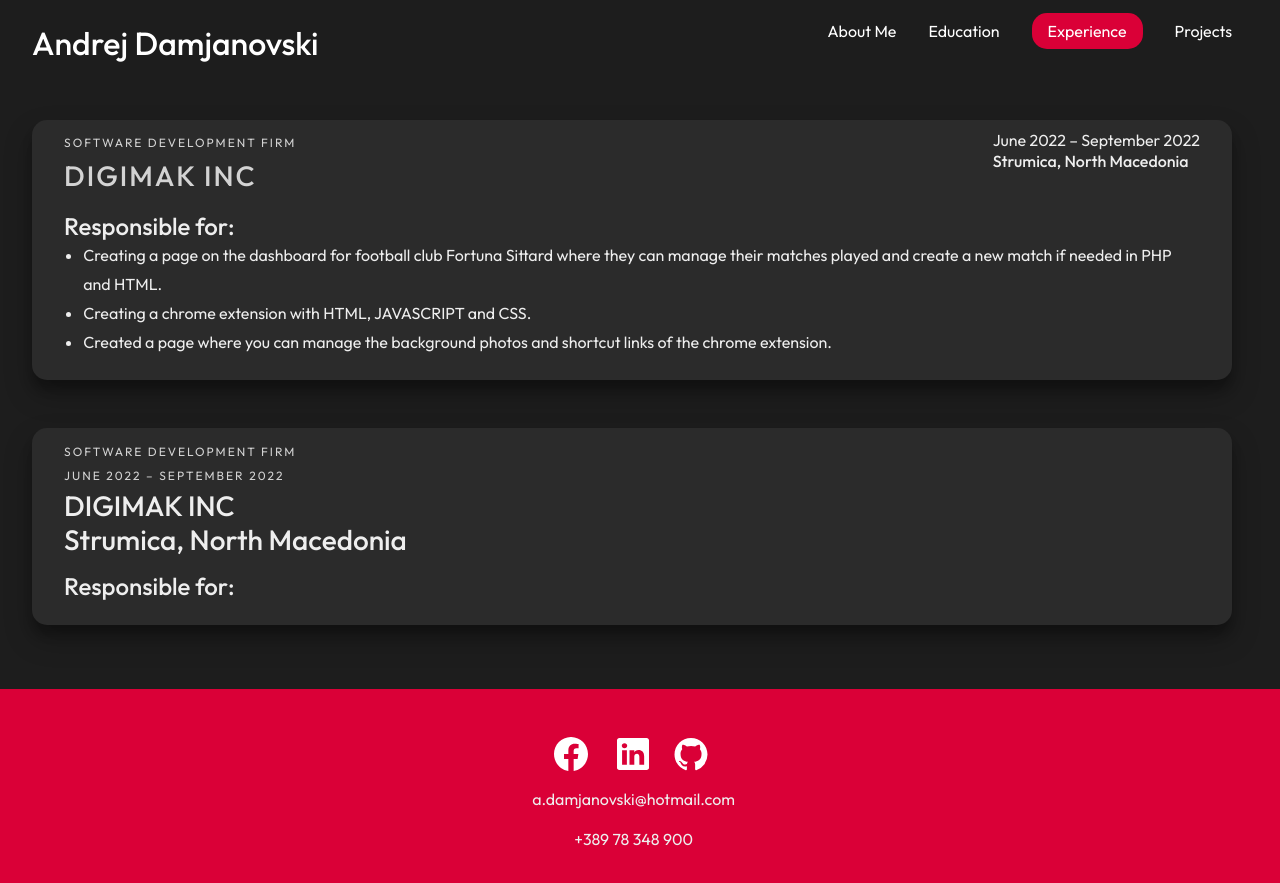
Repository: ADamjanovski/portfolio
Page: experience.html
The author's editor kept a copy of each file at every save. The page is drawn from the files as they stood at one save, then again after the next save.
The browser window is 1280 px wide. The pictures show the whole page.

Above is the page before, as saved 2023-07-03 12:13:44.

After the next save:
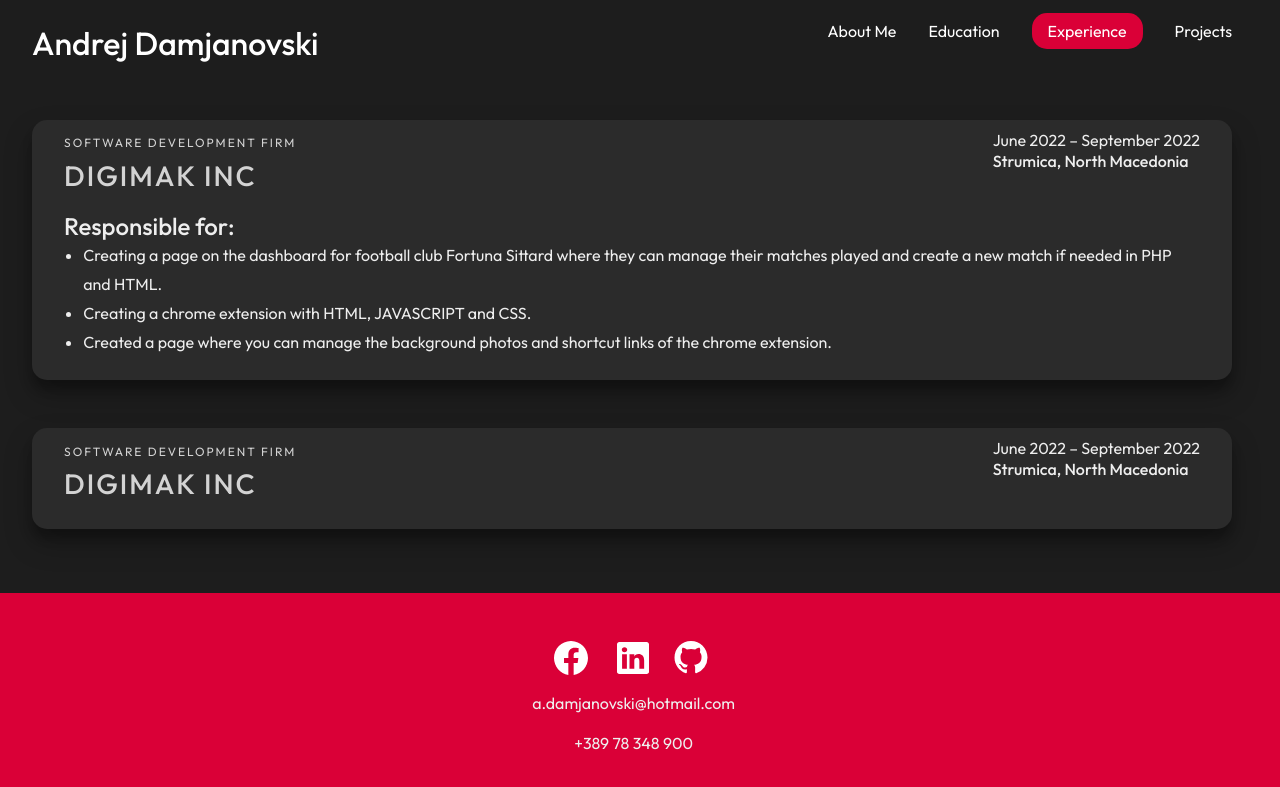
Saved 58 s later.
--- a/experience.html
+++ b/experience.html
@@ -68,17 +68,15 @@
         </div>
     </div>
     <div class="job-description">
-        <div class="role">
-            <p class="my-role">Software Development Firm</p>
-            <p>June 2022 – September 2022</p>
-        </div>
-        <div class="Company-details">
-            <h3>DIGIMAK INC</h3>
-            <h3>Strumica, North Macedonia</h3>
-        </div>
-
-        <div class="responsible">
-            <h4>Responsible for:</h4>
+        <div class="job-header">
+            <div class="role">
+                <p class="my-role">Software Development Firm</p>
+                <h3>DIGIMAK INC</h3>
+            </div>
+            <div class="Company-details">
+                <p>June 2022 – September 2022</p>
+                <h6>Strumica, North Macedonia</h6>
+            </div>
         </div>
     </div>
     <footer>
